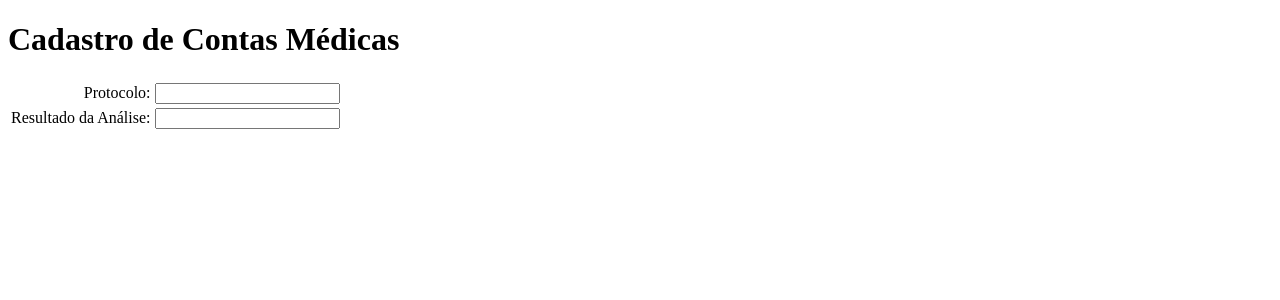
Repository: nandolupe/fiap-pos
Page: http://localhost/contamedica/resultadoAnalise.jsp
These files come from the project's save history. The page is drawn as it stood at one moment and after a run of saves; the edit follows.
The browser window is 1280 px wide. The pictures show the whole page.
The page is served by Tomcat 9.

Above is the page before, as saved 2014-09-04 03:35:53.

After the next 2 saves:
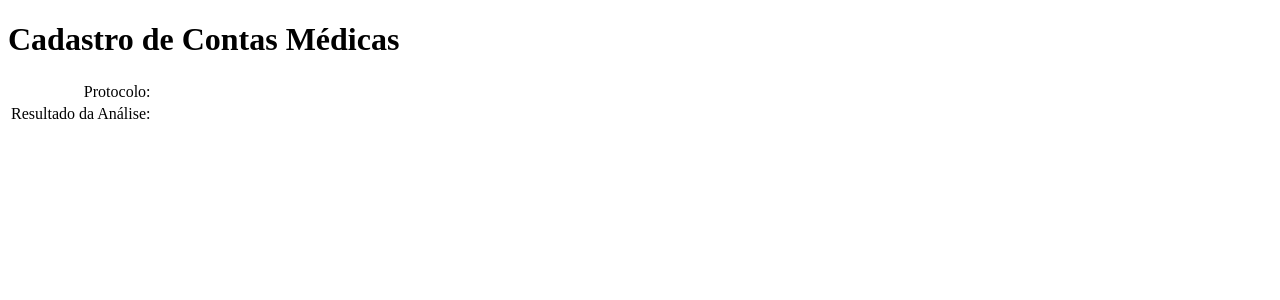
The 2 saves are shown as one change because 1 did not build or start.
The last was saved 21 s later.
--- a/workspace-integracao/contamedica/WebContent/resultadoAnalise.jsp
+++ b/workspace-integracao/contamedica/WebContent/resultadoAnalise.jsp
@@ -12,11 +12,11 @@
 <table>
 	<tr>
 		<td align="right">Protocolo:</td>
-		<td><input type="text" name="dscPrestador" id="dscPrestador"/></td>
+		<td>${resultadoAnalise}</td>
 	</tr>
 	<tr>
 		<td align="right">Resultado da Análise:</td>
-		<td><input type="text" name="emailPrestador" id="emailPrestador"/></td>
+		<td>${resultadoAnalise}</td>
 	</tr>
 </table>
 </form>
